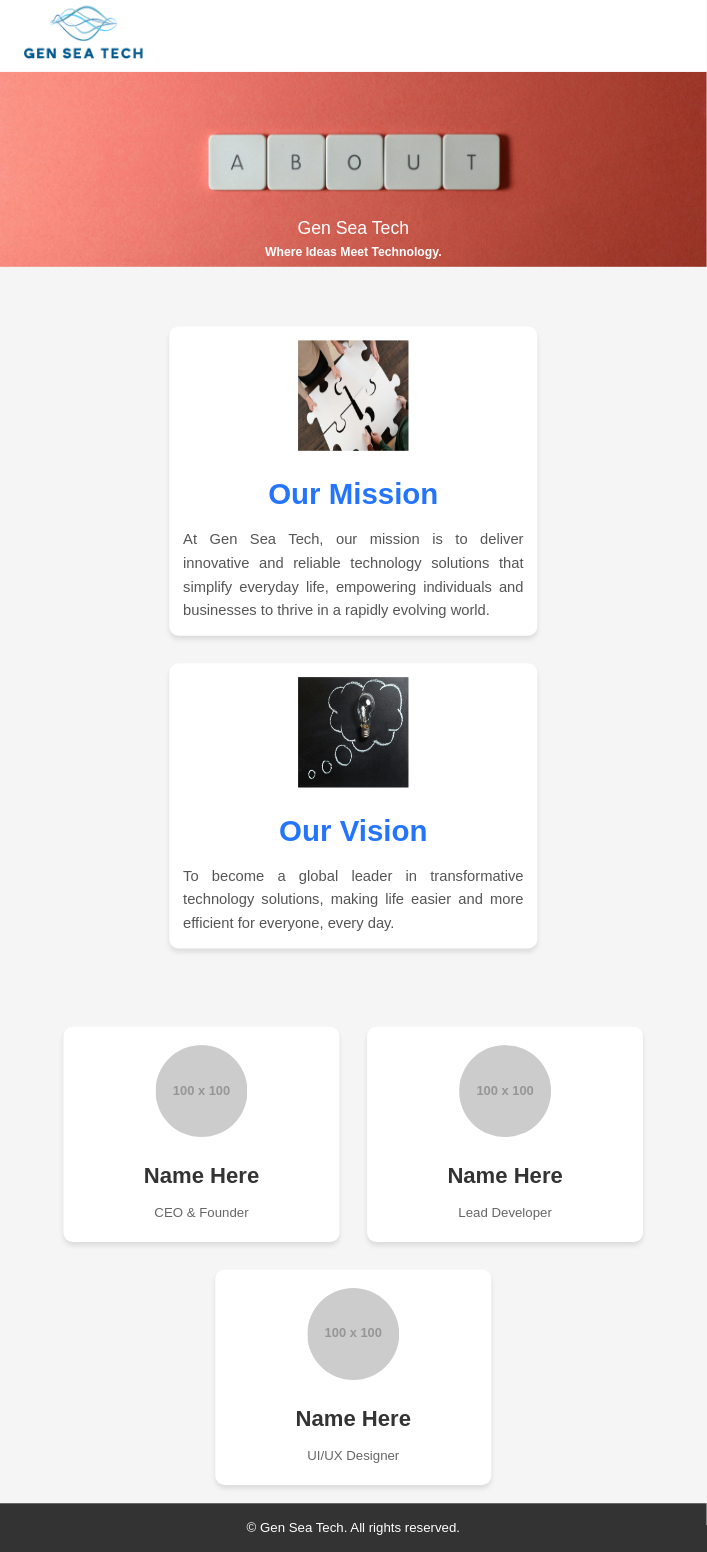
Repository: aniketkhatawkar/Gen_Sea_Tech
Page: http://localhost/GenSeaTech/about.jsp
The author's editor kept a copy of each file at every save. The page is drawn from the files as they stood at one save, then again after the next save.
The browser window is 768 px wide. The pictures show the whole page, at 92% of full size.
The page is served by Tomcat 10.

Above is the page before, as saved 2024-12-14 12:24:44.

After the next save:
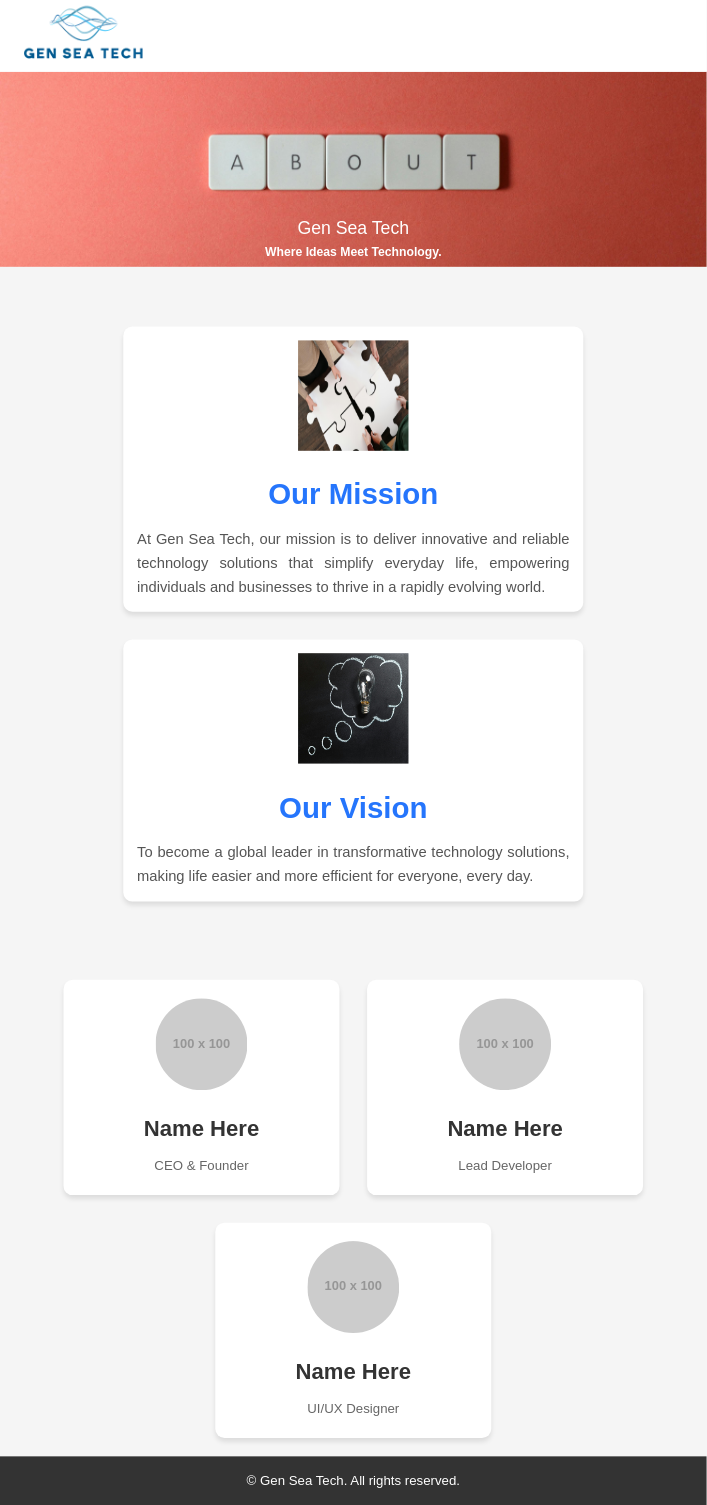
Saved 52 s later.
--- a/GenSeaTech/src/main/webapp/about.jsp
+++ b/GenSeaTech/src/main/webapp/about.jsp
@@ -123,7 +123,7 @@
 
         .mission-vision-card {
             width: 100%;
-            max-width: 400px;
+            max-width: 500px;
         }
 
         .about-card {
